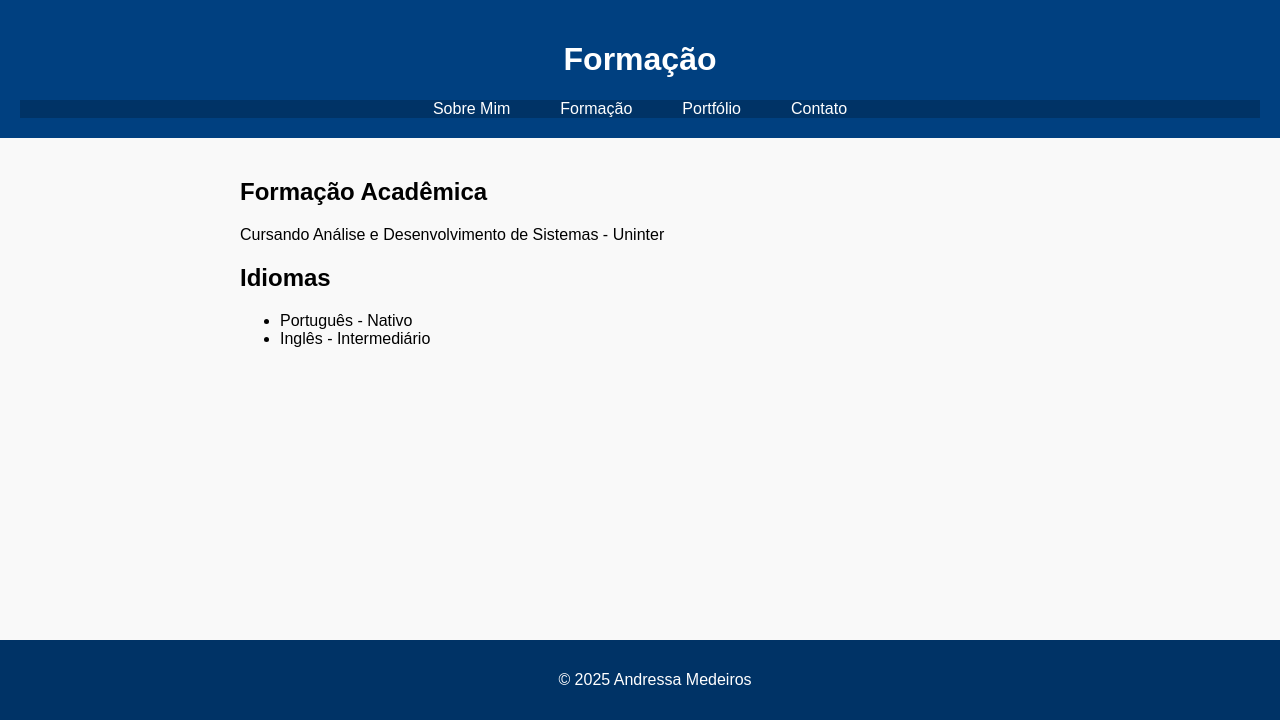
Repository: andressasmedeiros/exercicio-site-basico
Page: formacao.html
An editor plug-in stored every save of this project. The page is shown before and after a run of saves, followed by the edit.
The browser window is 1280 px wide. The pictures show the whole page.

Above is the page before, as saved 2025-06-26 16:48:54.

After the next 2 saves:
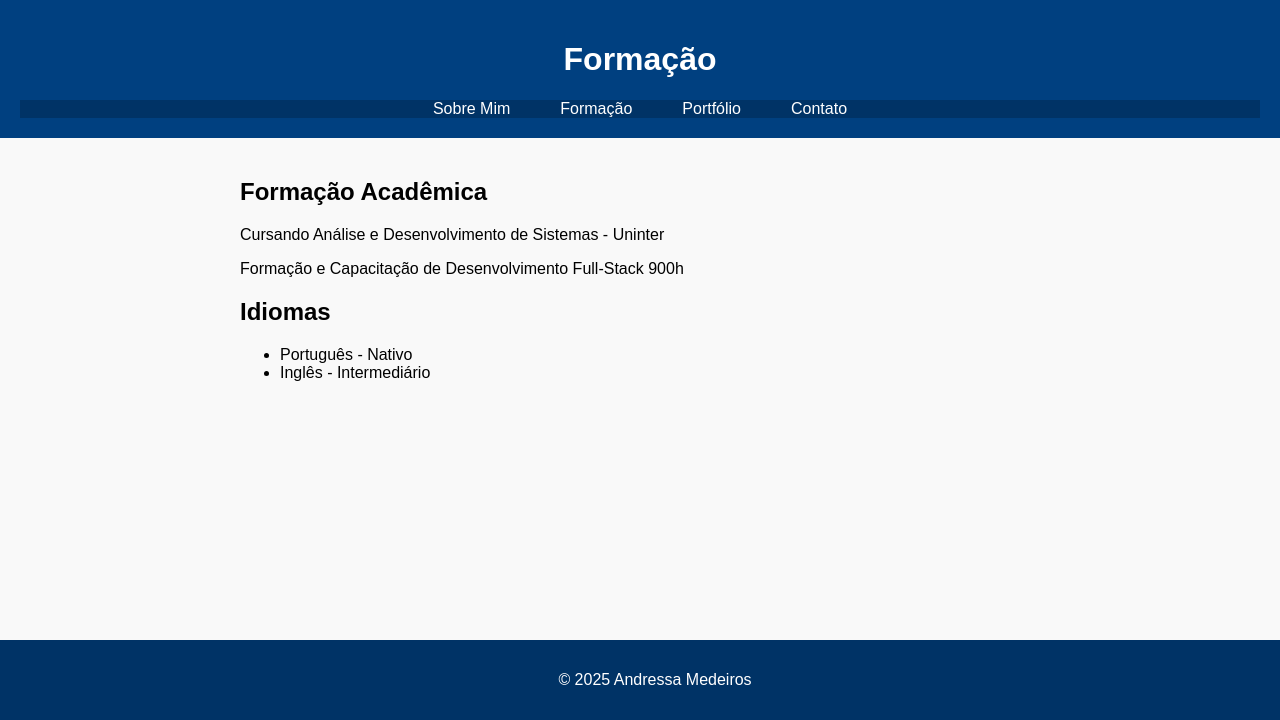
The 2 saves are shown as one change because they came seconds apart.
The last was saved 36 s later.
--- a/formacao.html
+++ b/formacao.html
@@ -22,6 +22,7 @@
     <section>
       <h2>Formação Acadêmica</h2>
       <p>Cursando Análise e Desenvolvimento de Sistemas - Uninter</p>
+      <p>Formação e Capacitação de Desenvolvimento Full-Stack 900h</p>
       <h2>Idiomas</h2>
       <ul>
         <li>Português - Nativo</li>
